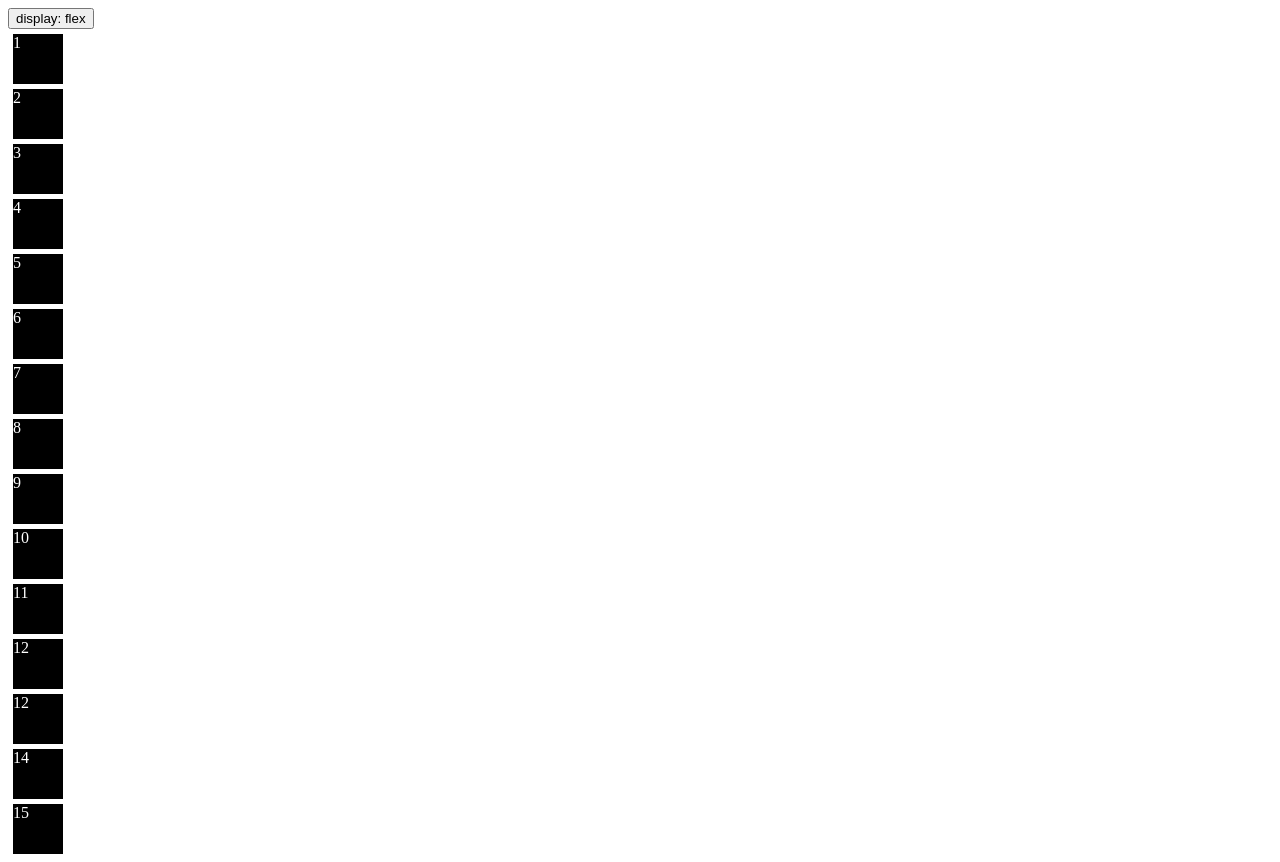
Repository: eeoooo/MINI-PROJECTS-HTML-CSS
Page: 220730-PracticeCSSFlex/index.html
These files come from the project's save history. The page is drawn as it stood at one moment and after the next save; the edit follows.
The browser window is 1280 px wide. The pictures show the whole page.

Above is the page before, as saved 2022-07-30 15:38:50.

### 220730-PracticeCSSFlex/index.html
<!DOCTYPE html>
<html lang="en">
<head>
    <meta charset="UTF-8">
    <meta http-equiv="X-UA-Compatible" content="IE=edge">
    <meta name="viewport" content="width=device-width, initial-scale=1.0">
    <link rel="stylesheet" href="style.css">
    <script defer src="main.js"></script>
    <title>Document</title>
</head>
<body>
    <div class="buttons">
        <button class="flex">display: flex</button>
    </div>
    <div class="container">
        <div class="box">1</div>
        <div class="box">2</div>
        <div class="box">3</div>
        <div class="box">4</div>
        <div class="box">5</div>
        <div class="box">6</div>
        <div class="box">7</div>
        <div class="box">8</div>
        <div class="box">9</div>
        <div class="box">10</div>
        <div class="box">11</div>
        <div class="box">12</div>
        <div class="box">12</div>
        <div class="box">14</div>
        <div class="box">15</div>
    </div>
</body>
</html>

### 220730-PracticeCSSFlex/style.css
.container {
  //display: flex;
}
.box {
  width: 50px;
  height: 50px;
  background-color: black;
  color: white;
  margin: 5px;
}

### 220730-PracticeCSSFlex/main.js
let buttonFlex = document.querySelector('.flex');
let container = document.querySelector('.container');

buttonFlex.addEventListener('click',event=>{
    console.dir(container.style);
    if( container.style.display == 'flex'){
        container.style.display = '';
        buttonFlex.textContent = 'display: flex';
    } else if (container.style.display == ''){
    container.style.display = 'flex';
    buttonFlex.textContent = 'display: block';
    }
})

After the next save:
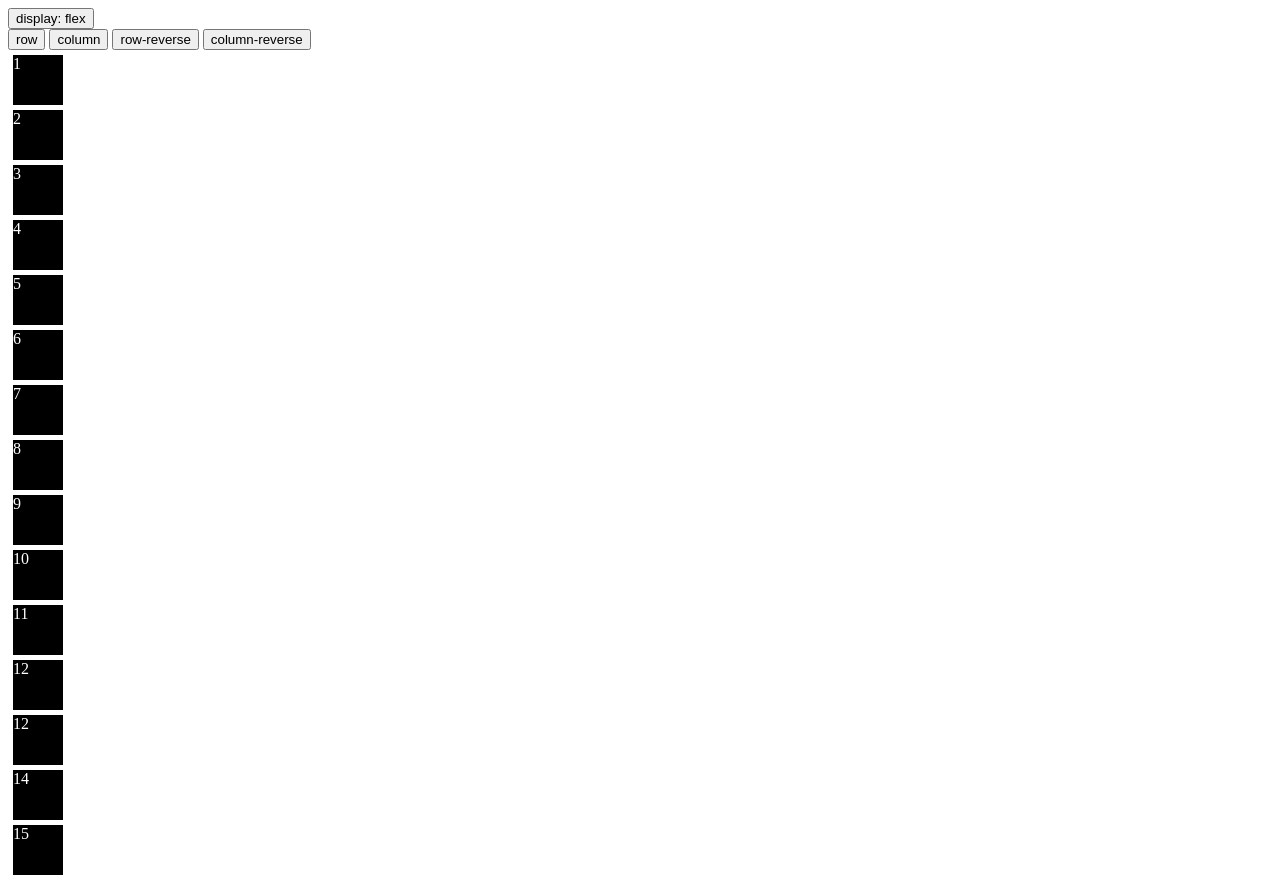
Saved 18 min 32 s later.
--- a/220730-PracticeCSSFlex/index.html
+++ b/220730-PracticeCSSFlex/index.html
@@ -11,6 +11,12 @@
 <body>
     <div class="buttons">
         <button class="flex">display: flex</button>
+        <div class="flex-directions">
+            <button class="flex-direction-row">row</button>
+            <button class="flex-direction-column">column</button>
+            <button class="flex-direction-row-reverse">row-reverse</button>
+            <button class="flex-direction-column-reverse">column-reverse</button>
+        </div>
     </div>
     <div class="container">
         <div class="box">1</div>
